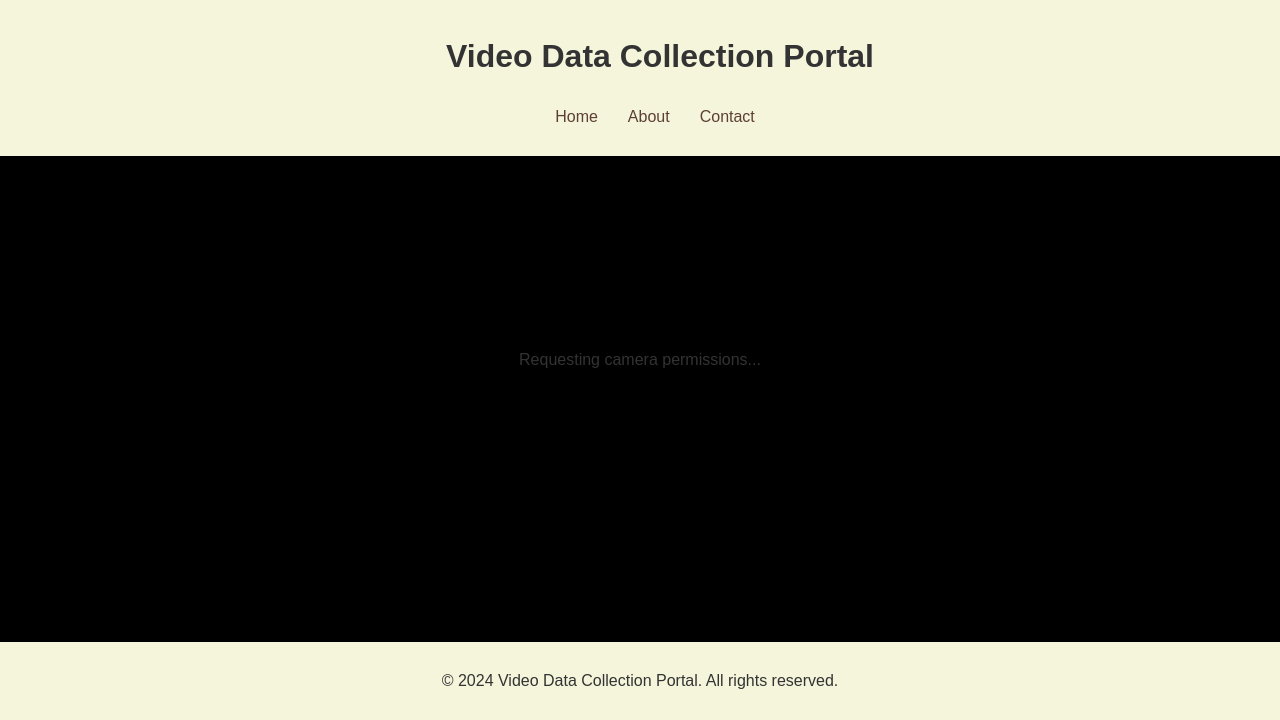
Repository: Oren93/sign_lang_data
Page: /record (app in frontend/sign-lang-ui/)
An editor plug-in stored every save of this project. The page is shown before and after the next save, followed by the edit.
The browser window is 1280 px wide. The pictures show the whole page.
The page's requests for data from a server got no answer. The project was rebuilt for these pictures with package versions that can differ from the ones it lists, and the page was loaded fresh each time. No one was signed in, and anything a server would have sent is missing. Also part of the build but not shown: frontend/sign-lang-ui/vite.config.ts, frontend/sign-lang-ui/src/pages/Home.tsx, frontend/sign-lang-ui/src/pages/About.tsx, frontend/sign-lang-ui/src/pages/Contact.tsx, frontend/sign-lang-ui/src/pages/Upload.module.css, frontend/sign-lang-ui/src/pages/Upload.tsx.

Above is the page before, as saved 2024-06-10 10:35:33.

After the next save:
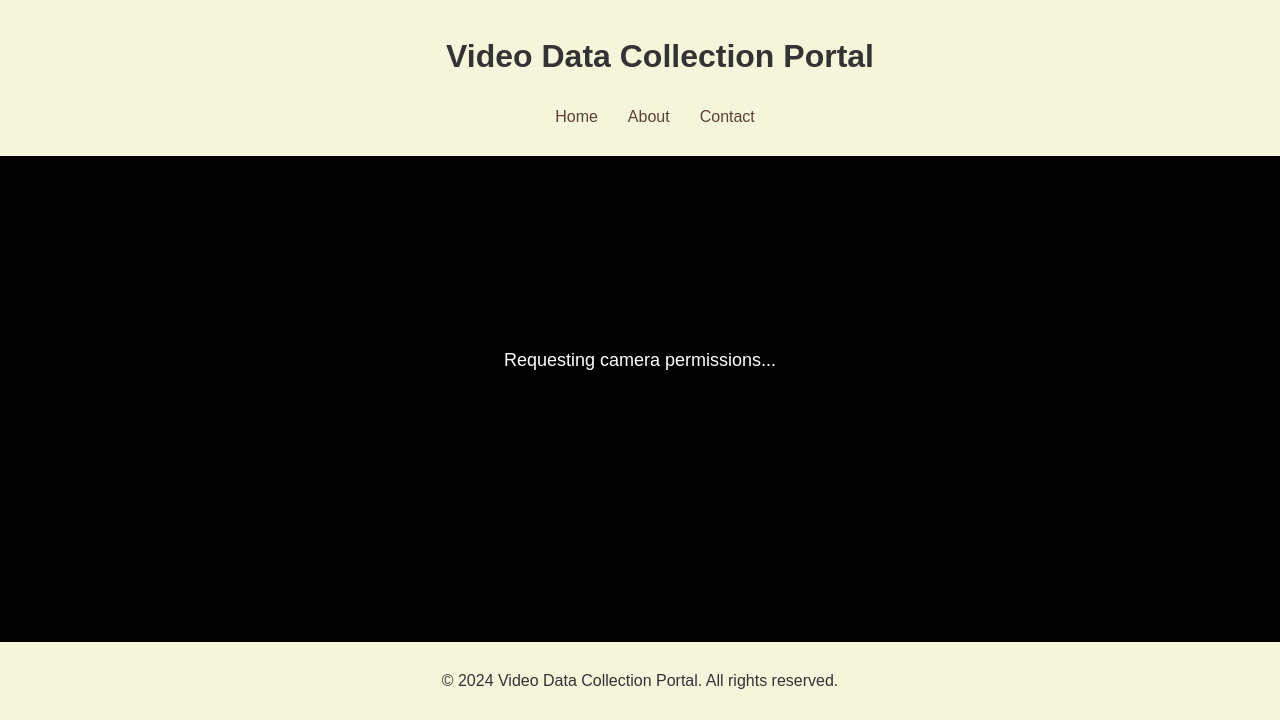
Saved 17 s later.
--- a/frontend/sign-lang-ui/src/pages/Record.module.css
+++ b/frontend/sign-lang-ui/src/pages/Record.module.css
@@ -65,3 +65,8 @@
     width: 100%;
     max-width: 600px;
 }
+
+.permissionMessage {
+    color: white;
+    font-size: 18px;
+}
